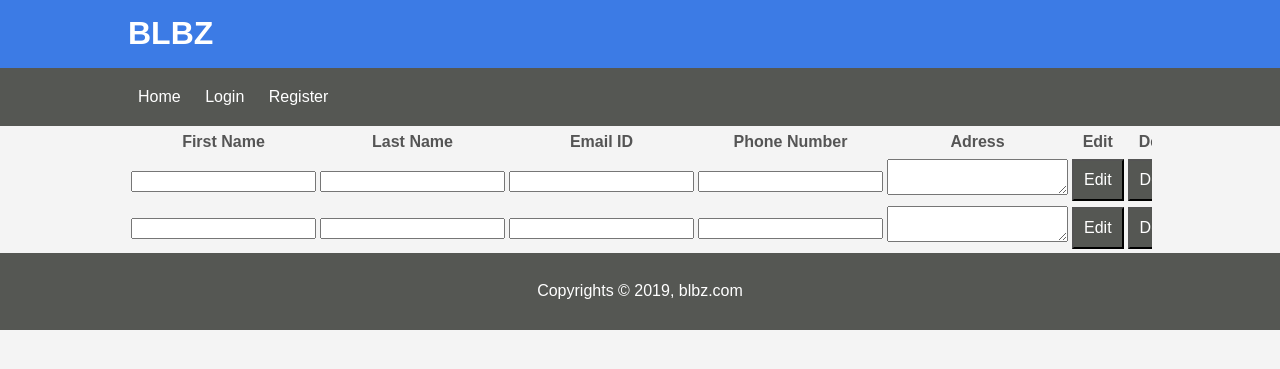
Repository: Kutty39/WebApps
Page: http://localhost/WebPageApp1/editpage.jsp
These files come from the project's save history. The page is drawn as it stood at one moment and after the next save; the edit follows.
The browser window is 1280 px wide. The pictures show the whole page.
The page is served by Tomcat 9. Other server files are loaded and not shown.

Above is the page before, as saved 2019-12-09 13:50:54.

### LoginRegistrationPage/WebPageApp1/src/main/webapp/editpage.jsp
<%@ page language="java" contentType="text/html; charset=UTF-8"
pageEncoding="UTF-8"%>
<!DOCTYPE html>
<html>
<head>
<title>My Page</title>
<link href="CSS/mycss.css" rel="stylesheet" type="text/css">
<script
	src="https://ajax.googleapis.com/ajax/libs/jquery/3.4.1/jquery.min.js"></script>
<script src="JS/myjs.js"></script>
</head>
<body>
	<header class="head">
		<div class="container">
			<h1>BLBZ</h1>
		</div>
	</header>
	<nav class="nav-bar">
		<div class="container">
			<ul>
				<li><a class="button home">Home</a></li>
				<li><a class="button login">Login</a></li>
				<li><a class="button register">Register</a></li>
				<li><a class="button data" hidden>Date Tab</a></li>
				<li><a class="button userprof" hidden>User Profile</a></li>
				<li><a class="button logout" hidden>Log Out</a></li>
			</ul>
		</div>
	</nav>
	<section class="main">
		<div id="ajx" class="container">
			<table class="credtbl">
				<tr>
					<th>First Name</th>
					<th>Last Name</th>
					<th>Email ID</th>
					<th>Phone Number</th>
					<th>Adress</th>
					<th>Edit</th>
					<th>Delete</th>
				</tr>
				<tr>
					<td><input class="tr-1 td-1" type="text" name="fname"
						required="required" locked></td>
					<td><input class="tr-1 td-2" type="text" name="lname"
						required="required"></td>
					<td>
						<p class="hd-lbl eid" hidden>*Mandatory field</p> <input
						class="tr-1 td-3" type="text" id="eid" name="eid"
						required="required">
					</td>
					<td>
						<p class="hd-lbl phn" hidden>*Mandatory field</p> <input
						class="tr-1 td-4" type="text" name="phn" required="required">
					</td>
					<td><textarea class="tr-1 td-5" name="adrs"
							required="required"></textarea></td>
					<td><input class="tr-1 td-6 button" type="submit" value="Edit"></td>
					<td><input class="button tr-1 td-7" type="submit"
						value="Delete"></td>
				</tr>
				<tr>
					<td><input class="tr-1 td-1" type="text" name="fname"
						required="required"></td>
					<td><input class="tr-1 td-2" type="text" name="lname"
						required="required"></td>
					<td>
						<p class="hd-lbl eid" hidden>*Mandatory field</p> <input
						class="tr-1 td-3" type="text" id="eid" name="eid"
						required="required">
					</td>
					<td>
						<p class="hd-lbl phn" hidden>*Mandatory field</p> <input
						class="tr-1 td-4" type="text" name="phn" required="required">
					</td>
					<td><textarea class="tr-1 td-5" name="adrs"
							required="required"></textarea></td>
					<td><input class="tr-1 td-6 button" type="submit" value="Edit"></td>
					<td><input class="button tr-1 td-7" type="submit"
						value="Delete"></td>
				</tr>
			</table>
		</div>
	</section>
	<footer>
		<div class="container">Copyrights &copy; 2019, blbz.com</div>
	</footer>
</body>
</html>

### LoginRegistrationPage/WebPageApp1/src/main/webapp/CSS/mycss.css
@charset "UTF-8";
*{
	box-sizing: border-box;}
body {
	background-color: #f4f4f4;
	color: #555;
	font-family: Arial, Helvetica, sans-serif;
	font-size: 16px;
	line-height: 1.6em;
	margin: 0;
	background-color: #f4f4f4;
}

p.hd-lbl {
	padding: 0;
	margin: 0;
	width: 100%;
	font-family: monospace;
	line-height: 1rem;
}

.hd-lbl {
	color: red;
	font-size: 0.7rem;
}

.container {
	width: 80%;
	margin: auto;
	overflow: hidden;
}

.form-header {
	text-align: center;
	width: 100%;
	margin: auto;
	margin-bottom: 1em;
	padding: 1px;
	background-color: #f57900;
}

.form-container, .out-container {
	width: 50%;
	background-color: white;
	margin: auto;
	overflow: hidden;
	border: 1rem #ccc solid;
	padding: 2em;
}

.button {
	background-color: #555753;
	padding: 10px;
	color: white;
	font-size: 1em;
}

.my-form input[type="text"], .my-form textarea, .my-form input[type="password"]
	{
	width: 100%;
	padding: 0.5rem;
	margin-bottom: 0.5rem;
	font-size: 1em;
	box-sizing: border-box
}

.head {
	background: #3c7be5;
}

.head h1 {
	color: white;
}

.nav-bar {
	background-color: #555753;
}

.nav-bar ul {
	padding-left: 0;
	list-style: none;
	text-decoration: none;
	list-style: none;
}

.nav-bar li {
	display: inline;
}

.nav-bar a {
	text-decoration: none;
}

.nav-bar a:hover {
	background: white;
	color: black;
}

footer {
	background-color: #555753;
	color: white;
	text-align: center;
	padding: 2%;
}

@media ( max-width : 600px) {
	nav, article {
		width: 100%;
		height: auto;
	}
}
/* body{
	font: bold 100% Arial,Helvetica,sans-serif;
}
.btn {
	border-radius: 15px;
	padding: 5px;
	background: aqua;
}

.btn:hover {
	background-color: buttonface;
}

.box-1 {
	text-align:center;
	border-radius: 5px;
	background-color: #f2f2f2;
	padding: 5%;
	margin: auto;
	width: 80%
}
.box-1 h2{
	text-transform: capitalize;
	letter-spacing: 0.1em;
} */

### LoginRegistrationPage/WebPageApp1/src/main/webapp/JS/myjs.js
$(document).ready(function() {
	// this will bind the method for currently available elements
	$("a.button").click(loadpage);
	// this on method will bind the methods to future elements
	$("#ajx").on("blur","input[type!='submit']",($(this), mandChecker));
	$("#ajx").on("keyup","input[type!='submit']",($(this), mandChecker));
	$("#ajx").on("blur","#eid",check);
	$("#ajx").on("blur","#usr",check);
	$("#ajx").on("submit","#regForm",function(e){
		var s=true;
			$("p.hd-lbl").each(function() {
				if (this.style.display === "block") {
					s=false;
				}
			});
			if(s){
			$.ajax({
				type : "POST",
				url : "regestration",
				data :$("#regForm").serialize(),
				success : function(msg) {
					$("#ajx").html(msg);
				},
				dataType : "html"
			});
			}
			e.preventDefault();
	});


	$("#ajx").on("submit","#lgnForm",function(e){
		var s=true;
		$("#errormsg").hide();
		$("#successmsg").hide();
			$("p.hd-lbl").each(function() {
				if (this.style.display === "block") {
					s=false;
				}
			});
			if(s){
				$.post("login",$("#lgnForm").serialize(),function(msg) {
					if(msg.search("Login")<0){
						lognaction();}
						$("#ajx").html(msg);
					});
				}
		e.preventDefault();
	});


	$("#ajx").on("submit","#profForm",function(e){
		let s = true;
		$("p.hd-lbl").each(function() {
			if (this.style.display === "block") {
				s=false;
				return;
			}
		});
		if(s){
			$.post("update",$("#profForm").serialize(),function(msg) {
				alert(msg);
			});
		}
		 e.preventDefault();
	});

});

function lognaction(){
	$("a.button").each(function(){
		if($(this).attr('class').indexOf("home")<=0){
		$(this).toggle();}
	});
}
function logconfirm(){
	$("a.button.login").hide()
	$("a.button.register").hide();
	$("a.button.userprof").show();
	$("a.button.logout").show();
}


function loadpage() {
	var cls = $(this).attr("class").replace("button ","");
	console.log(cls.replace("button ",""));
	$.ajax({
		type : "post",
		url : "switchpage",
		data : {"page" : cls},
		success : function(msg) {
			if(cls=="logout"){
				lognaction();
			}
			$("#ajx").html(msg);
		},
		dataType : "html"
	});
}

function check(){
	var obj=$(this);
	if(obj!=null){
	$.ajax({
		type : "post",
		url : "validate",
		data : {"email":obj.val()},
		success : function(msg) {
			if(msg==="true"){
				if(obj.attr("name")==="eid"){
				$(".hd-lbl.eid").text("*Email alread exists.");
				$(".hd-lbl.eid").show();
				}if(obj.attr("name")==="username"){
					$(".hd-lbl.username").hide();
				}
			}else{
				if(obj.attr("name")==="username"){
					$(".hd-lbl.username").text("*Email is not exists. please register and come back");
					$(".hd-lbl.username").show();
				}else if(obj.attr("name")==="eid"){
					$(".hd-lbl.eid").hide();
				}
			}
		}
	});
	}
}

function mandChecker(element) {
	var val = element.target.value;
	var name = element.target.name;
	var obj = $(".hd-lbl." + name);
	if (val === "") {
		obj.show();
	} else {
		obj.show();
		var regx = "";
		if (name === "phn") {
			regx = /^\d{10}$/;
			if (regx.test(val)) {
				obj.hide();
			} else {
				obj.text("* Phone number should be 10 digit");
			}
		} else if (name === "eid") {
			regx = /^[a-zA-z\d._-]+\@[a-zA-Z\d.-]+\.[a-zA-Z]{2,4}$/;
			if (regx.test(val)) {
				obj.hide();
			} else {
				obj.text("* Please enter valid email.");
			}
		} else if (name === "pas") {
			regx = /^((?=.*[a-z])(?=.*[A-Z])(?!.*\s)(?=.*[@$!%*?&])).{8,15}$/;
			if (regx.test(val)) {
				obj.hide();
			} else {
				obj.show();
			}
		} else if (name === "conpas") {
			var ps = $("input[name='pas']").val();
			if (val === ps) {
				obj.hide();
			} else {
				obj.show();
			}
		} else {
			obj.hide();
		}
	}
}

After the next save:
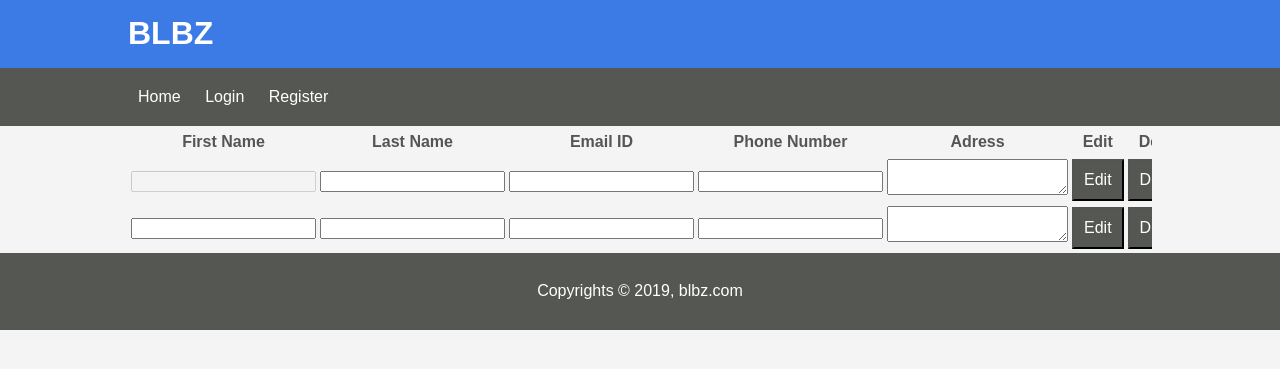
Saved 13 s later.
--- a/LoginRegistrationPage/WebPageApp1/src/main/webapp/editpage.jsp
+++ b/LoginRegistrationPage/WebPageApp1/src/main/webapp/editpage.jsp
@@ -41,7 +41,7 @@ pageEncoding="UTF-8"%>
 				</tr>
 				<tr>
 					<td><input class="tr-1 td-1" type="text" name="fname"
-						required="required" locked></td>
+						required="required" disabled="disabled"></td>
 					<td><input class="tr-1 td-2" type="text" name="lname"
 						required="required"></td>
 					<td>
